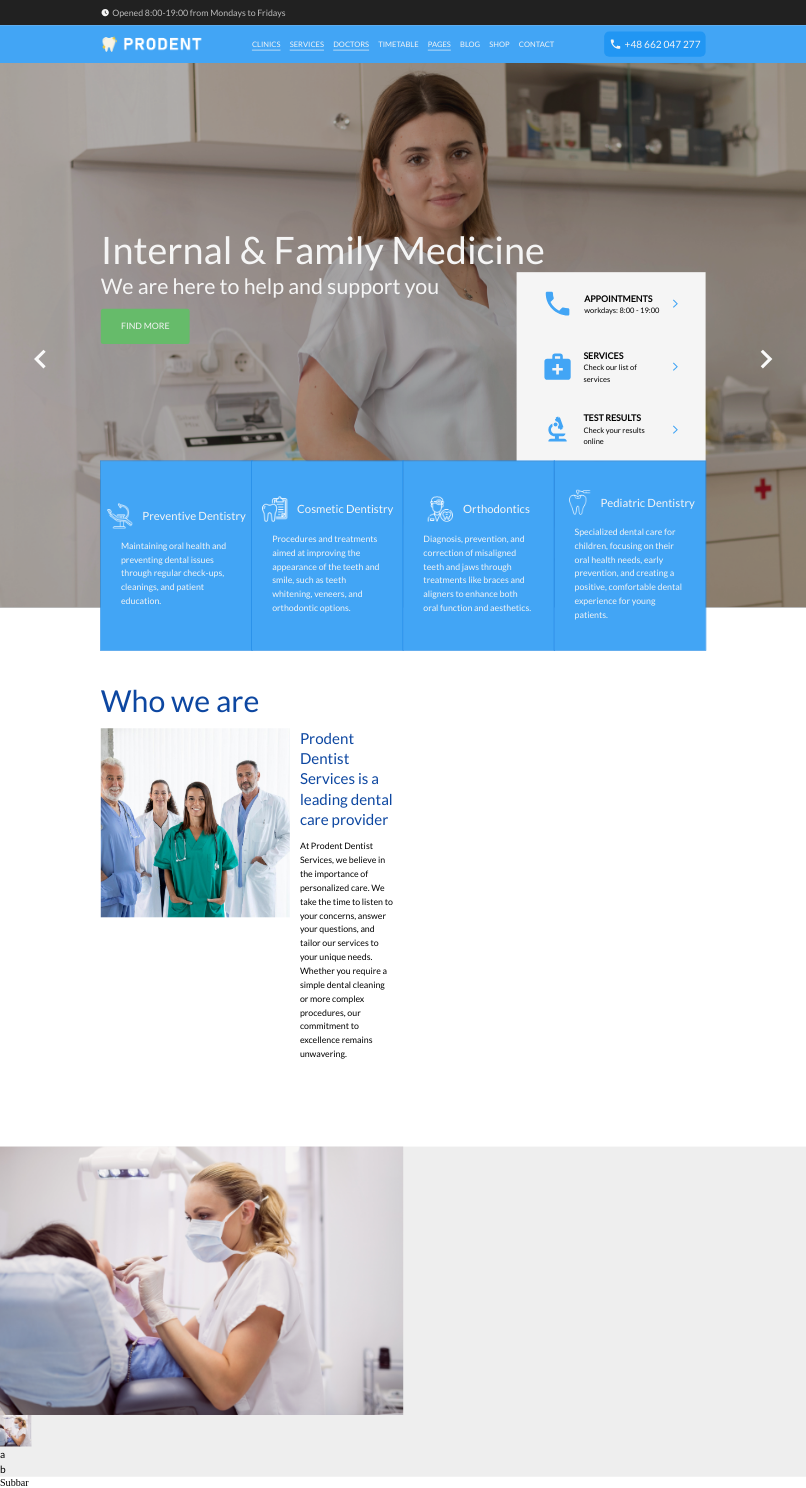
Repository: princ3-web/8
Page: /
An editor plug-in stored every save of this project. The page is shown before and after a run of saves, followed by the edit.
The browser window is 1280 px wide. The pictures show the whole page, at 63% of full size.
The project was rebuilt for these pictures with package versions that can differ from the ones it lists, and the page was loaded fresh each time. Also part of the build but not shown: vite.config.js, src/subpages/About.jsx, src/index.css.

Above is the page before, as saved 2023-11-02 15:30:25.

After the next 4 saves:
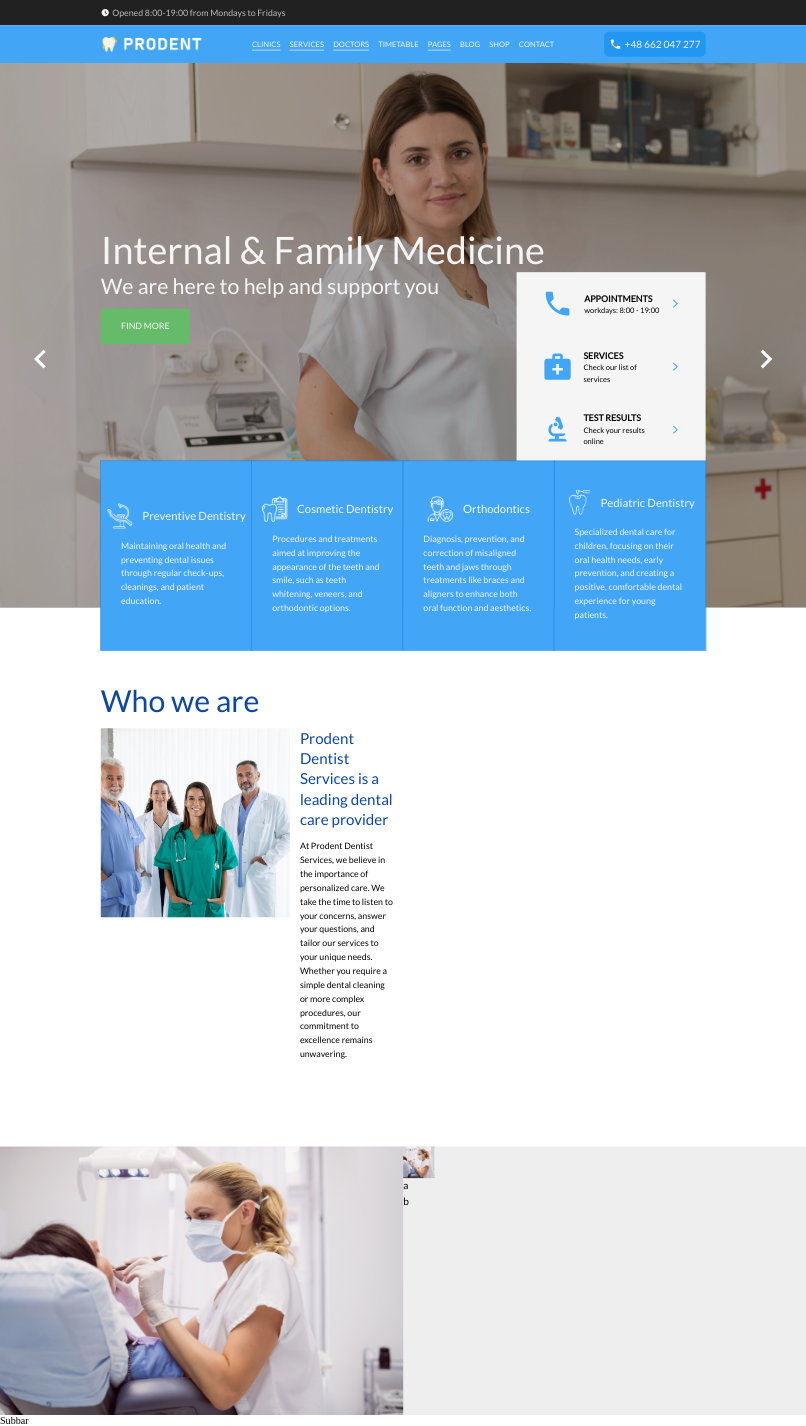
The 4 saves are shown as one change because they came seconds apart.
The last was saved 21 s later.
--- a/src/subpages/Home.jsx
+++ b/src/subpages/Home.jsx
@@ -218,7 +218,7 @@ const Home = () => {
           </Box>
         </Box>
       </Box>
-      <Box sx={{backgroundColor: grey[200]}}>
+      <Box sx={{backgroundColor: grey[200], display:"flex"}}>
         <CardMedia component="img" src={image5} alt="" sx={{ width: "50%", height: "100%" }} />
         <Box>
         <CardMedia component="img" src={image5} alt="" sx={{ width: "50px", height: "50px" }} />
